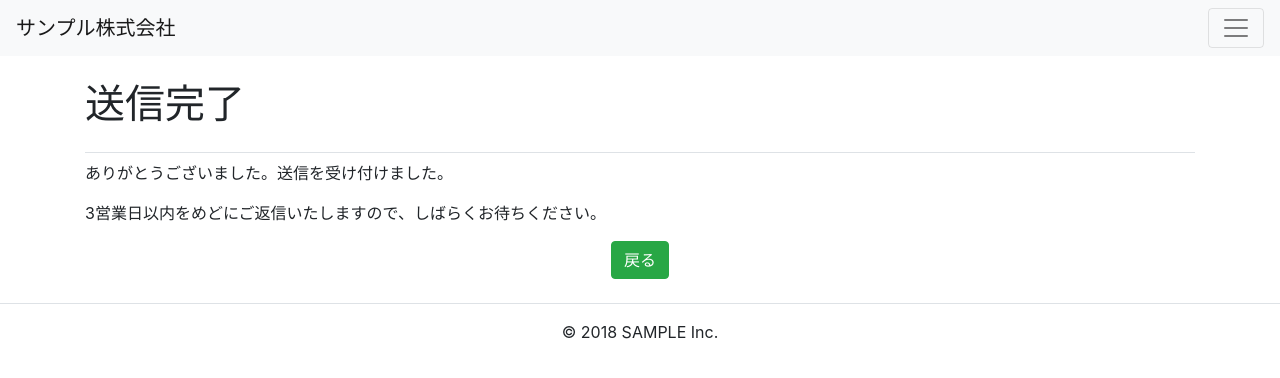
Repository: momoppii/checkii
Page: complete.html
The author's editor kept a record of every edit. The page is drawn from the files as they stood at one moment, then again after the next edit.
The browser window is 1280 px wide. The pictures show the whole page.

Above is the page before.

### complete.html
<!DOCTYPE html>
<html lang="ja">

<head>
    <meta charset="utf-8">
    <meta name="viewport" content="width=device-width, initial-scale=1, shrink-to-fit=no">

    <link rel="stylesheet" href="https://stackpath.bootstrapcdn.com/bootstrap/4.3.1/css/bootstrap.min.css">

    <title>送信完了 | サンプル株式会社</title>
</head>

<body>
    <header>
        <!--576px以上の画面幅のとき、メニューを表示する指定を追加-->
        <nav class="navbar navaer-expand-sm navbar-light bg-light">
            <!-- 画面左上に表示するサイト名のリンクとして適切な表示をするための指定を追加 -->
            <a href="#" class="navbar-brand">サンプル株式会社</a>

            <button type="button" class="navbar-toggler" data-toggle="collapse" data-target="#nav-bar">
                <span class="navbar-toggler-icon"></span>
            </button>

            <div class="collapse navbar-collapse" id="nav-bar">
                <ul class="navbar-nav">
                    <li class="nav-item"><a href="#" class="nav-link">会社情報</a></li>
                    <li class="nav-item"><a href="#" class="nav-link">ニュース</a></li>
                    <li class="nav-item"><a href="#" class="nav-link">採用情報</a></li>
                    <!-- お問い合わせページを表示していることをわかりやすくする設定を追加 -->
                    <li class="nav-item"><a href="#" class="nav-link active">お問い合わせ</a></li>
                </ul>
            </div>
        </nav>
    </header>
    <div class="container">
        <h1 class="mt-4 pb-4 border-bottom">送信完了</h1>
        <p>ありがとうございました。送信を受け付けました。</p>
        <p>3営業日以内をめどにご返信いたしますので、しばらくお待ちください。</p>
        <div class="text-center mb-4">
            <!-- 「戻る」ボタンを緑色にする設定を追加 -->
            <a href="contact.html" class="btn btn-success">戻る</a>
        </div>
    </div>
    <footer class="text-center pt-3 border-top">
        &copy; 2018 SAMPLE Inc.
    </footer>

    <script src="https://code.jquery.com/jquery-3.3.1.slim.min.js"></script>
    <script src="https://cdnjs.cloudflare.com/ajax/libs/popper.js/1.14.6/umd/popper.min.js"></script>
    <script src="https://stackpath.bootstrapcdn.com/bootstrap/4.3.1/js/bootstrap.min.js"></script>
    <script defer src="https://use.fontawesome.com/releases/v5.7.2/js/all.js"></script>
</body>

</html>

After the next edit:
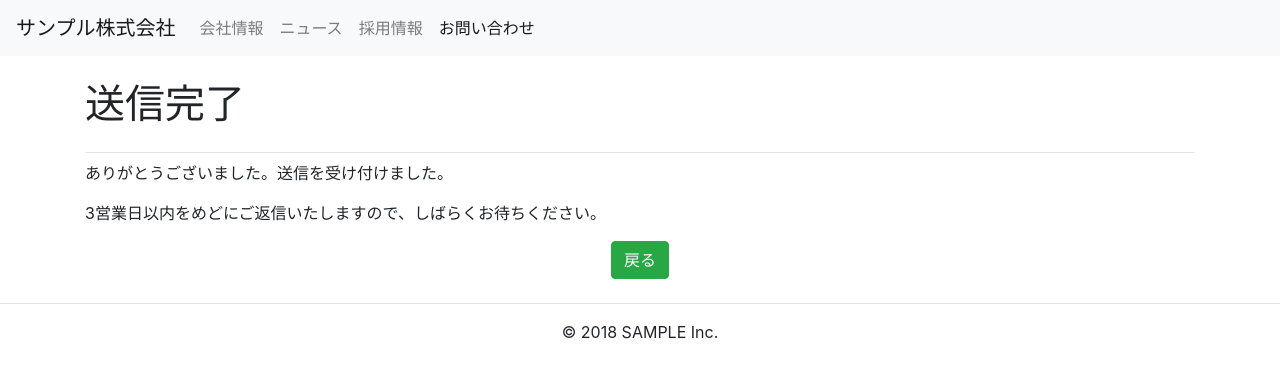
The edit:
--- a/complete.html
+++ b/complete.html
@@ -13,7 +13,7 @@
 <body>
     <header>
         <!--576px以上の画面幅のとき、メニューを表示する指定を追加-->
-        <nav class="navbar navaer-expand-sm navbar-light bg-light">
+        <nav class="navbar navbar-expand-sm navbar-light bg-light">
             <!-- 画面左上に表示するサイト名のリンクとして適切な表示をするための指定を追加 -->
             <a href="#" class="navbar-brand">サンプル株式会社</a>
 
